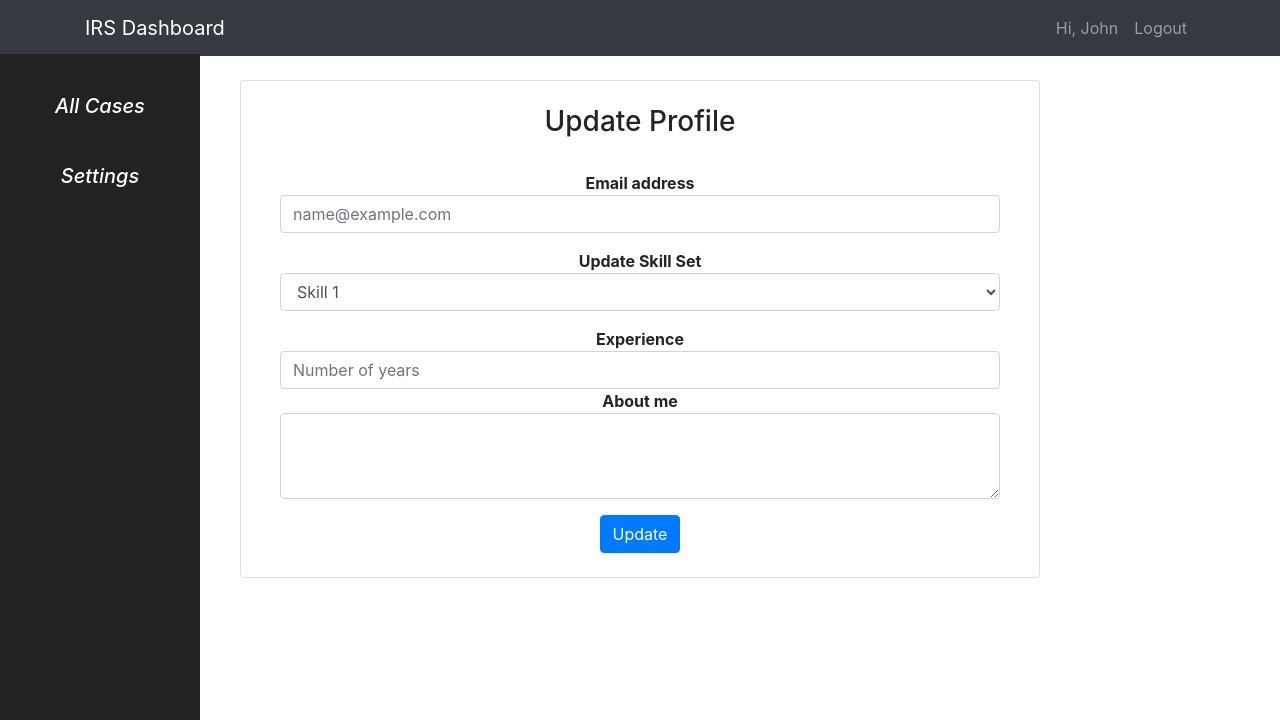
Repository: greeshmavyas/IRS_CS
Page: /AgentSettings (app in CustomerManagement/Frontend/)
These files come from the project's save history. The page is drawn as it stood at one moment and after the next save; the edit follows.
The browser window is 1280 px wide. The pictures show the whole page.
The project was rebuilt for these pictures with package versions that can differ from the ones it lists, and the page was loaded fresh each time. Also part of the build but not shown: CustomerManagement/Frontend/src/App.css, CustomerManagement/Frontend/src/Components/NavbarLogin.js, CustomerManagement/Frontend/src/Components/Header.js, CustomerManagement/Frontend/src/Components/Home.js, CustomerManagement/Frontend/src/Components/OrgLogin.js, CustomerManagement/Frontend/src/Components/CaseLeft.js, CustomerManagement/Frontend/src/Components/CasePage.js, CustomerManagement/Frontend/src/Components/Case.js and 5 more.

Above is the page before, as saved 2020-10-13 10:02:16.

### CustomerManagement/Frontend/public/index.html
<!DOCTYPE html>
<html lang="en">
  <head>
    <meta charset="utf-8" />
    <link rel="icon" href="%PUBLIC_URL%/favicon.ico" />
    <meta name="viewport" content="width=device-width, initial-scale=1" />
    <meta name="theme-color" content="#000000" />
    <meta
      name="description"
      content="Web site created using create-react-app"
    />

    <link rel="apple-touch-icon" href="%PUBLIC_URL%/logo192.png" />
    <!--
      manifest.json provides metadata used when your web app is installed on a
      user's mobile device or desktop. See https://developers.google.com/web/fundamentals/web-app-manifest/
    -->
    <link rel="manifest" href="%PUBLIC_URL%/manifest.json" />
    <link
    rel="stylesheet"
    href="https://maxcdn.bootstrapcdn.com/bootstrap/4.3.1/css/bootstrap.min.css"
    integrity="sha384-ggOyR0iXCbMQv3Xipma34MD+dH/1fQ784/j6cY/iJTQUOhcWr7x9JvoRxT2MZw1T"
    crossorigin="anonymous"
  />
    <!--
      Notice the use of %PUBLIC_URL% in the tags above.
      It will be replaced with the URL of the `public` folder during the build.
      Only files inside the `public` folder can be referenced from the HTML.

      Unlike "/favicon.ico" or "favicon.ico", "%PUBLIC_URL%/favicon.ico" will
      work correctly both with client-side routing and a non-root public URL.
      Learn how to configure a non-root public URL by running `npm run build`.
    -->
    <title>React App</title>
  </head>
  <body>
    <noscript>You need to enable JavaScript to run this app.</noscript>
    <div id="root" style="height:100%"></div>


    <!--
      This HTML file is a template.
      If you open it directly in the browser, you will see an empty page.

      You can add webfonts, meta tags, or analytics to this file.
      The build step will place the bundled scripts into the <body> tag.

      To begin the development, run `npm start` or `yarn start`.
      To create a production bundle, use `npm run build` or `yarn build`.
    -->
  </body>
</html>

### CustomerManagement/Frontend/src/App.js
import React, { Component } from "react";
import "./App.css";
import { BrowserRouter as Router, Switch, Route } from "react-router-dom";
import Home from "./Components/Home";
import OrgLogin from "./Components/OrgLogin";
import CasePage from "./Components/CasePage";
import Case from "./Components/Case";
import CaseRetrieve from "./Components/CaseRetrieve";
import AgentLogin from "./Components/AgentFunctionalities/login";
import AgentDashboard from "./Components/AgentFunctionalities/Dashboard";
import AgentSettings from './Components/AgentFunctionalities/Settings';


function App() {
  return (
    <Router>
      <Switch>
        <Route exact path="/" component={OrgLogin}></Route>
        <Route exact path="/login" render={() => <OrgLogin />}></Route>
        <Route exact path="/home" render={() => <Home />}></Route>
        <Route exact path="/cases" component={CasePage}></Route>
        <Route exact path="/createCase" component={Case}></Route>
        <Route exact path="/retrieveCase" component={CaseRetrieve}></Route>

        <Route exact path="/AgentLogin" component={AgentLogin} />
        <Route exact path="/AgentDashboard" component={AgentDashboard} />
        <Route exact path="/AgentSettings" component={AgentSettings} />
      </Switch>
    </Router>
  );
}

export default App;

### CustomerManagement/Frontend/src/Components/AgentFunctionalities/Settings.js
import React, { Component } from 'react'
import Sidebar from './Sidebar';
import Button from 'react-bootstrap/Button'
import Form from 'react-bootstrap/Form'
import Card from 'react-bootstrap/Card'
import NavbarDash from "./NavbarDash";



export default class Settings extends Component {
    render() {
        return (
            <div>
              <Sidebar/>
              <NavbarDash/>

              <center>
              <Card style={{ width: '50rem' }}>
                <center>
                <Form style={{ width: '45rem' }}>

  <Form.Group controlId="exampleForm.ControlInput1">
  <br></br>

    <h3>Update Profile</h3>
    <br></br>
    <strong>Email address</strong>
    <Form.Control type="email" placeholder="name@example.com" />
  </Form.Group>
  <Form.Group controlId="exampleForm.ControlSelect1">
  <strong>Update Skill Set</strong>

    <Form.Control as="select">
      <option>Skill 1</option>
      <option>Skill 2</option>
      <option>Skill 3</option>
      <option>Skill 4</option>
      <option>Skill 5</option>
    </Form.Control>
  </Form.Group>
  <strong>Experience</strong>
    <Form.Control type="number" placeholder="Number of years" />
  <Form.Group controlId="exampleForm.ControlTextarea1">
  <strong>About me</strong>
    <Form.Control as="textarea" rows="3" />
  </Form.Group>
  <Button variant="primary" type="submit">
    Update
  </Button>
  <br></br>
  <br></br>


</Form>
</center>
</Card>
</center>
            </div>
        )
    }
}

### CustomerManagement/Frontend/src/css/home.css
.homeComponent{
    color: white;
}

html, body{
    height:100%
}

### CustomerManagement/Frontend/src/Components/AgentFunctionalities/NavbarDash.js
import React, { Component } from 'react';

export default class NavbarDash extends Component {

  handleLogout = () => {
    window.localStorage.clear();
  };

  render() {
    return (
      <nav className="navbar navbar-expand-sm navbar-dark bg-dark mb-4">
        <div className="container">
          <a className="navbar-brand" href="/companyDashboard">
            IRS Dashboard
          </a>
          <button
            className="navbar-toggler"
            type="button"
            data-toggle="collapse"
            data-target="#mobile-nav"
          >
            <span className="navbar-toggler-icon"></span>
          </button>

          <div className="collapse navbar-collapse" id="mobile-nav">

            <ul className="navbar-nav ml-auto">
              <li className="nav-item">
                <a className="nav-link" href="/">
                  Hi, John
                </a>
              </li>
              <li className="nav-item">
                <a className="nav-link" href="/" onClick={this.handleLogout}>
                  Logout
                </a>
              </li>
            </ul>
          </div>
        </div>
      </nav>
    );
  }
}

### CustomerManagement/Frontend/src/Components/AgentFunctionalities/Sidebar.js
import React from 'react';
import styled from 'styled-components';
import { BrowserRouter as Router, Route, Link, withRouter } from "react-router-dom";

const StyledSideNav = styled.div`
    position: fixed;     /* Fixed Sidebar (stay in place on scroll and position relative to viewport) */
    height: 100%;
    width: 200px;     /* Set the width of the sidebar */
    z-index: 1;      /* Stay on top of everything */
    top: 3.4em;      /* Stay at the top */
    background-color: #222; /* Black */
    overflow-x: hidden;     /* Disable horizontal scroll */
    padding-top: 40px;
    font-style: oblique;
`;

class SideNav extends React.Component {
    constructor(props) {
        super(props);
        this.state = {
            activePath: props.location.pathname,
            items: [
                {
                  path: '/dashboard', /* path is used as id to check which NavItem is active basically */
                  name: 'All Cases',
                  key: 1 /* Key is required, else console throws error. Does this please you Mr. Browser?! */
                },
                {
                    path: '/Settings',
                    name: 'Settings',
                    key: 2
                  },
              ]
        }
    }

    onItemClick = (path) => {
        this.setState({ activePath: path });
    }

    render() {
        const { items, activePath } = this.state;
        return(
            <StyledSideNav>
                {
                    items.map((item) => {
                        return (
                            <NavItem
                                path={item.path}
                                name={item.name}
                                onItemClick={this.onItemClick}
                                active={item.path === activePath}
                                key={item.key}
                            />
                        );
                    })
                }
            </StyledSideNav>
        );
    }
}

const RouterSideNav = withRouter(SideNav);

const StyledNavItem = styled.div`
    height: 70px;
    width: 200px; /* width must be same size as NavBar to center */
    text-align: center; /* Aligns <a> inside of NavIcon div */
    margin-bottom: 0;   /* Puts space between NavItems */
    a {
        font-size: 2.7em;
        color: ${(props) => props.active ? "white" : "#FFFFFF"};
        :hover {
            opacity: 0.7;
            text-decoration: none; /* Gets rid of underlining of icons */
        }
    }
`;

class NavItem extends React.Component {
    handleClick = () => {
        const { path, onItemClick } = this.props;
        onItemClick(path);
    }

    render() {
        const { active } = this.props;
        return(

            <StyledNavItem active={active}>

                <Link to={this.props.path}   className={this.props.name} onClick={this.handleClick}>

                    <NavIcon> <h5 color = "#FFFFFF" >{this.props.name}</h5></NavIcon>
                </Link>
            </StyledNavItem>
        );
    }
}

const NavIcon = styled.div`
`;

export default class Sidebar extends React.Component {
    render() {
        return (
            <RouterSideNav></RouterSideNav>
        );
    }
}

Loaded but not shown: CustomerManagement/Frontend/src/index.js (common file); CustomerManagement/Frontend/src/index.css (common file); CustomerManagement/Frontend/src/serviceWorker.js (common file)

After the next save:
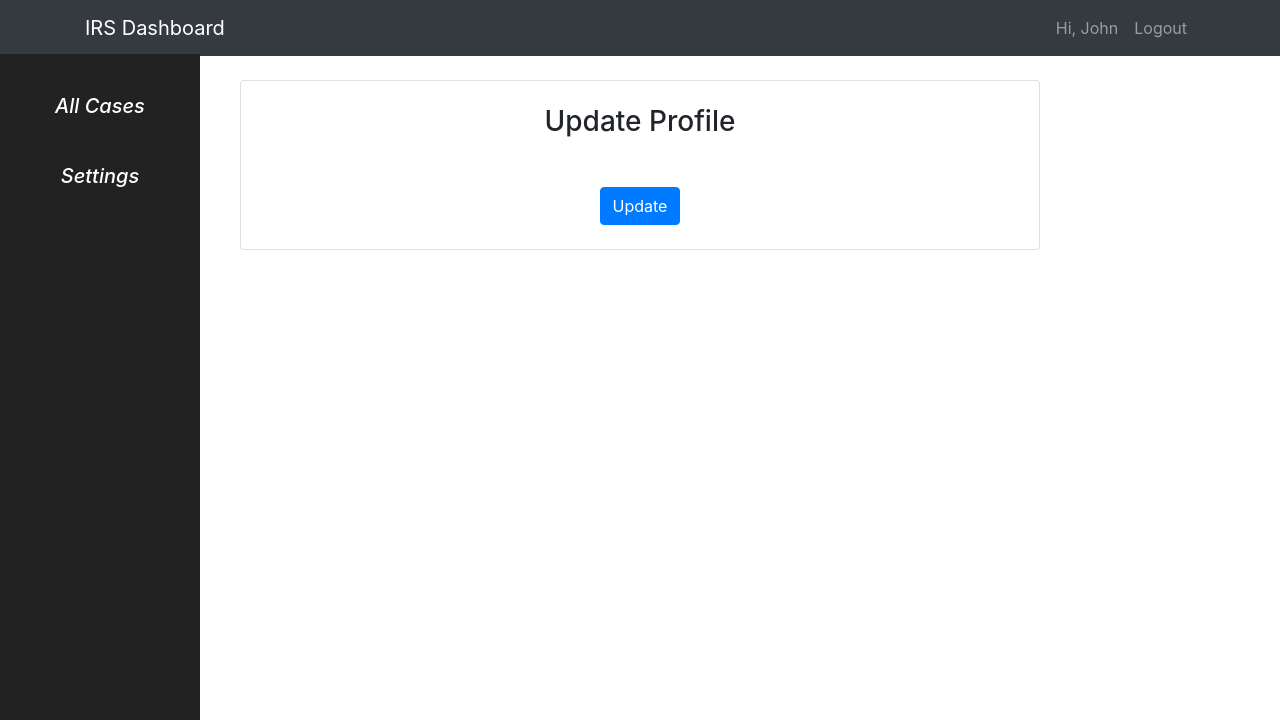
Saved 3 days later.
--- a/CustomerManagement/Frontend/src/Components/AgentFunctionalities/Settings.js
+++ b/CustomerManagement/Frontend/src/Components/AgentFunctionalities/Settings.js
@@ -24,25 +24,10 @@ export default class Settings extends Component {
 
     <h3>Update Profile</h3>
     <br></br>
-    <strong>Email address</strong>
-    <Form.Control type="email" placeholder="name@example.com" />
+
   </Form.Group>
   <Form.Group controlId="exampleForm.ControlSelect1">
-  <strong>Update Skill Set</strong>
 
-    <Form.Control as="select">
-      <option>Skill 1</option>
-      <option>Skill 2</option>
-      <option>Skill 3</option>
-      <option>Skill 4</option>
-      <option>Skill 5</option>
-    </Form.Control>
-  </Form.Group>
-  <strong>Experience</strong>
-    <Form.Control type="number" placeholder="Number of years" />
-  <Form.Group controlId="exampleForm.ControlTextarea1">
-  <strong>About me</strong>
-    <Form.Control as="textarea" rows="3" />
   </Form.Group>
   <Button variant="primary" type="submit">
     Update
